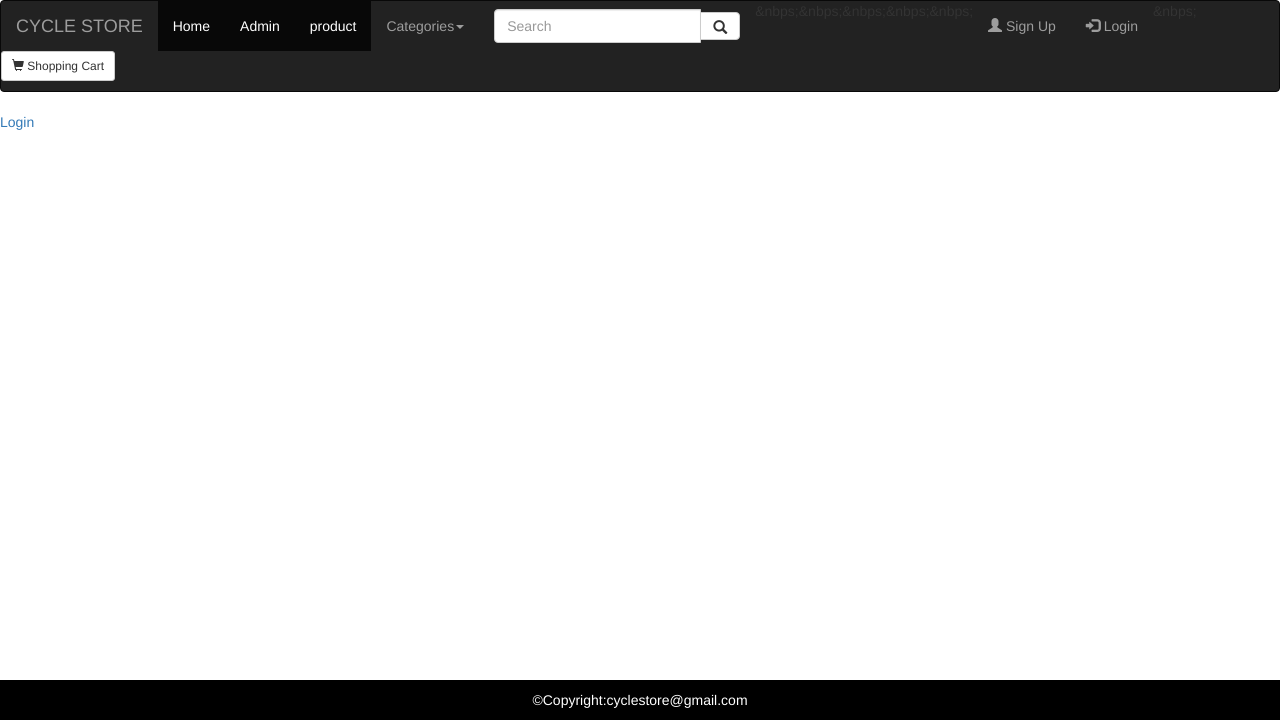
Repository: SumiyaSulaiman/project1
Page: http://localhost/cycle/login.jsp
An editor plug-in stored every save of this project. The page is shown before and after the next save, followed by the edit.
The browser window is 1280 px wide. The pictures show the whole page.
Some web libraries are served in a nearby version. The page is served by Tomcat 9. Nobody is signed in. The application's start-up code is not run. Other server files are loaded and not shown.

Above is the page before, as saved 2017-12-20 17:59:15.

### project/cycle/src/main/webapp/login.jsp
<%@ page language="java" contentType="text/html; charset=ISO-8859-1"
    pageEncoding="ISO-8859-1"%>
<!DOCTYPE html PUBLIC "-//W3C//DTD HTML 4.01 Transitional//EN" "http://www.w3.org/TR/html4/loose.dtd">
<html>
<head>
<meta charset="utf-8">
  <meta http-equiv="X-UA-Compatible" content="IE=edge">
  <meta name="description" content="">
  <meta name="viewport" content="width=device-width, initial-scale=1">
  <link rel="stylesheet" href="https://maxcdn.bootstrapcdn.com/bootstrap/3.3.7/css/bootstrap.min.css">
  <script src="https://ajax.googleapis.com/ajax/libs/jquery/3.2.0/jquery.min.js"></script>
  <script src="https://maxcdn.bootstrapcdn.com/bootstrap/3.3.7/js/bootstrap.min.js"></script>
<style>
@import url(http://fonts.googleapis.com/css?family=Roboto);

/****** LOGIN MODAL ******/
.loginmodal-container {
  padding: 30px;
  max-width: 350px;
  width: 100% !important;
  background-color: #F7F7F7;
  margin: 0 auto;
  border-radius: 2px;
  box-shadow: 0px 2px 2px rgba(0, 0, 0, 0.3);
  overflow: hidden;
  font-family: roboto;
}

.loginmodal-container h1 {
  text-align: center;
  font-size: 1.8em;
  font-family: roboto;
}

.loginmodal-container input[type=submit] {
  width: 100%;
  display: block;
  margin-bottom: 10px;
  position: relative;
}

.loginmodal-container input[type=text], input[type=password] {
  height: 44px;
  font-size: 16px;
  width: 100%;
  margin-bottom: 10px;
  -webkit-appearance: none;
  background: #fff;
  border: 1px solid #d9d9d9;
  border-top: 1px solid #c0c0c0;
  /* border-radius: 2px; */
  padding: 0 8px;
  box-sizing: border-box;
  -moz-box-sizing: border-box;
}

.loginmodal-container input[type=text]:hover, input[type=password]:hover {
  border: 1px solid #b9b9b9;
  border-top: 1px solid #a0a0a0;
  -moz-box-shadow: inset 0 1px 2px rgba(0,0,0,0.1);
  -webkit-box-shadow: inset 0 1px 2px rgba(0,0,0,0.1);
  box-shadow: inset 0 1px 2px rgba(0,0,0,0.1);
}

.loginmodal {
  text-align: center;
  font-size: 14px;
  font-family: 'Arial', sans-serif;
  font-weight: 700;
  height: 36px;
  padding: 0 8px;
/* border-radius: 3px; */
/* -webkit-user-select: none;
  user-select: none; */
}

.loginmodal-submit {
  /* border: 1px solid #3079ed; */
  border: 0px;
  color: #fff;
  text-shadow: 0 1px rgba(0,0,0,0.1);
  background-color: #4d90fe;
  padding: 17px 0px;
  font-family: roboto;
  font-size: 14px;
  /* background-image: -webkit-gradient(linear, 0 0, 0 100%,   from(#4d90fe), to(#4787ed)); */
}

.loginmodal-submit:hover {
  /* border: 1px solid #2f5bb7; */
  border: 0px;
  text-shadow: 0 1px rgba(0,0,0,0.3);
  background-color: #357ae8;
  /* background-image: -webkit-gradient(linear, 0 0, 0 100%,   from(#4d90fe), to(#357ae8)); */
}

.loginmodal-container a {
  text-decoration: none;
  color: #666;
  font-weight: 400;
  text-align: center;
  display: inline-block;
  opacity: 0.6;
  transition: opacity ease 0.5s;
}

.login-help{
  font-size: 12px;
}
</style>
</head>

<body>
<jsp:include page="header.jsp"></jsp:include>
<a href="#" data-toggle="modal" data-target="#login-modal">Login</a>

<div class="modal fade" id="login-modal" tabindex="-1" role="dialog" aria-labelledby="myModalLabel" aria-hidden="true" style="display: none;">
    	  <div class="modal-dialog">
				<div class="loginmodal-container">
					<h1>Login to Your Account</h1><br>
				  <form>
					<input type="text" name="user" placeholder="Username">
					<input type="password" name="pass" placeholder="Password">
					<input type="submit" name="login" class="login loginmodal-submit" value="Login">
				  </form>

				  <div class="login-help">
					<a href="#">Register</a> - <a href="#">Forgot Password</a>
				  </div>
				</div>
			</div>
		  </div>
<jsp:include page="footer.jsp"></jsp:include>
</body>
</html>

### project/cycle/src/main/webapp/header.jsp
 <%@ page language="java" contentType="text/html; charset=ISO-8859-1"
    pageEncoding="ISO-8859-1"%>
<!DOCTYPE html PUBLIC "-//W3C//DTD HTML 4.01 Transitional//EN" "http://www.w3.org/TR/html4/loose.dtd">
<html>
<head>
<meta charset="utf-8">
  <meta http-equiv="X-UA-Compatible" content="IE=edge">
  <meta name="description" content="">
  <meta name="viewport" content="width=device-width, initial-scale=1">
  <link rel="stylesheet" href="https://maxcdn.bootstrapcdn.com/bootstrap/3.3.7/css/bootstrap.min.css">
  <script src="https://ajax.googleapis.com/ajax/libs/jquery/3.2.0/jquery.min.js"></script>
  <script src="https://maxcdn.bootstrapcdn.com/bootstrap/3.3.7/js/bootstrap.min.js"></script>

</head>
<body>

<nav class="navbar navbar-inverse" >

    <div class="navbar-header">
      <a class="navbar-brand" href="#">CYCLE STORE</a>
    </div>
    <ul class="nav navbar-nav">
      <li class="active"><a href="">Home</a></li>
      <li class="active"><a href="">Admin</a></li>
      <li class="active"><a href="">product</a></li>
      <li class="dropdown"><a class="dropdown-toggle" data-toggle="dropdown" href="Category">Categories<span class="caret"></span></a>
        <ul class="dropdown-menu">
          <li>baby </li>
          <li>women</li>
          <li>men</li>
          <li>
          <%--  <c:forEach items="${clist }" var="c">
          <li><a href="#">${c.catName}</a></li>
          </c:forEach> --%>
        </ul>
      </li>


    <form class="navbar-form navbar-left">
      <div class="input-group">
        <input type="text" class="form-control" placeholder="Search">
        <div class="input-group-btn">
          <button class="btn btn-default" type="submit">
            <i class="glyphicon glyphicon-search"></i>
          </button>
        </div>
      </div>
    </form>


      <li>&nbps;&nbps;&nbps;&nbps;&nbps;</li>
      <li><a href="registration.jsp"><span class="glyphicon glyphicon-user"></span> Sign Up</a></li>
      <li> <a href="login.jsp"><span class="glyphicon glyphicon-log-in"></span> Login</a></li>
      <li>&nbps;</li>
    </ul>
       <p></p>
       <p>
        <button type="button" class="btn btn-default btn-sm">
          <span class="glyphicon glyphicon-shopping-cart"></span> Shopping Cart
        </button>
      </p>

</nav>

<style>
#ntext{
 color: #000000;
  }
</style>

</body>
</html>

### project/cycle/src/main/webapp/footer.jsp
<%@ page language="java" contentType="text/html; charset=ISO-8859-1"
    pageEncoding="ISO-8859-1"%>
<!DOCTYPE html PUBLIC "-//W3C//DTD HTML 4.01 Transitional//EN" "http://www.w3.org/TR/html4/loose.dtd">
<html>
<head>
<meta http-equiv="Content-Type" content="text/html; charset=ISO-8859-1">
<title>Insert title here</title>
</head>
<body>

<style>
.footer {
    position: fixed;
    left: 0;
    bottom: 0;
    width: 100%;
    background-color: black;
    color: white;
    text-align: center;
}
</style>

<div class="footer">
	<p></p>
  <p>©Copyright:cyclestore@gmail.com</p>
</div>

</body>
</html>

After the next save:
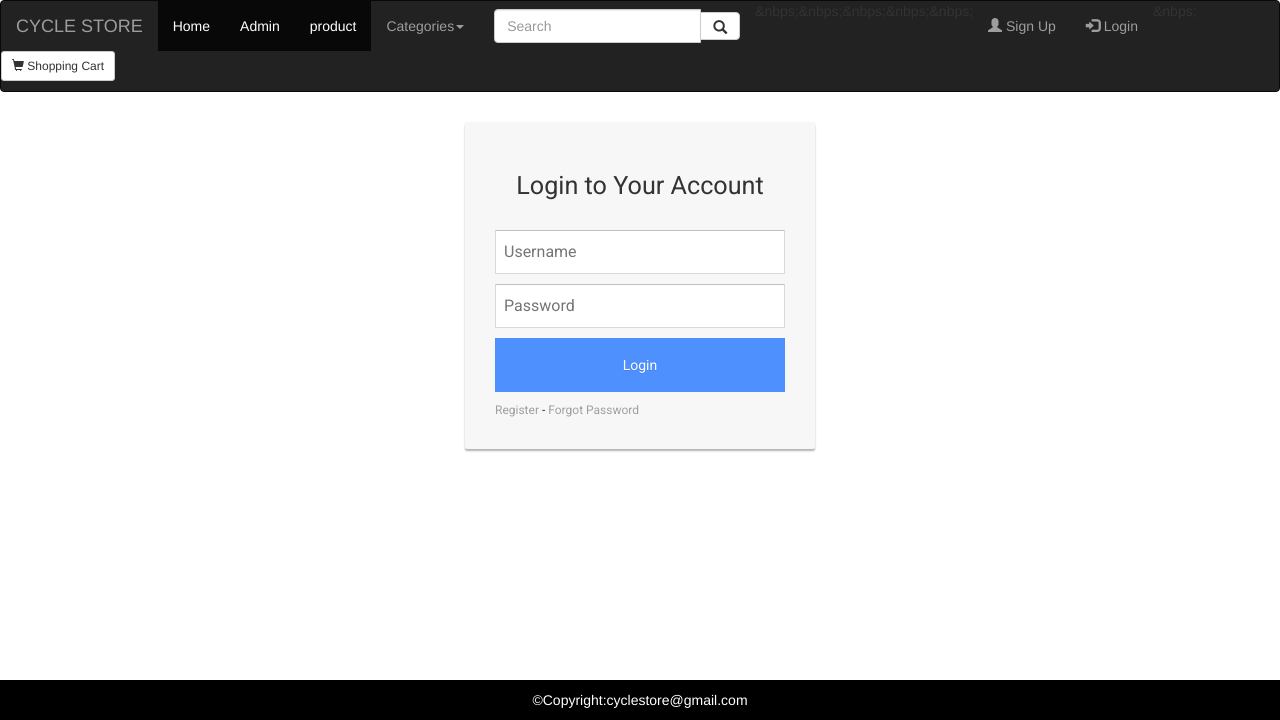
Saved 64 s later.
--- a/project/cycle/src/main/webapp/login.jsp
+++ b/project/cycle/src/main/webapp/login.jsp
@@ -112,9 +112,9 @@
 
 <body>
 <jsp:include page="header.jsp"></jsp:include>
-<a href="#" data-toggle="modal" data-target="#login-modal">Login</a>
+<!-- <a href="#" data-toggle="modal" data-target="#login-modal">Login</a>
 
-<div class="modal fade" id="login-modal" tabindex="-1" role="dialog" aria-labelledby="myModalLabel" aria-hidden="true" style="display: none;">
+<div class="modal fade" id="login-modal" tabindex="-1" role="dialog" aria-labelledby="myModalLabel" aria-hidden="true" style="display: none;"> -->
     	  <div class="modal-dialog">
 				<div class="loginmodal-container">
 					<h1>Login to Your Account</h1><br>
@@ -129,7 +129,7 @@
 				  </div>
 				</div>
 			</div>
-		  </div>
+
 <jsp:include page="footer.jsp"></jsp:include>
 </body>
 </html>
